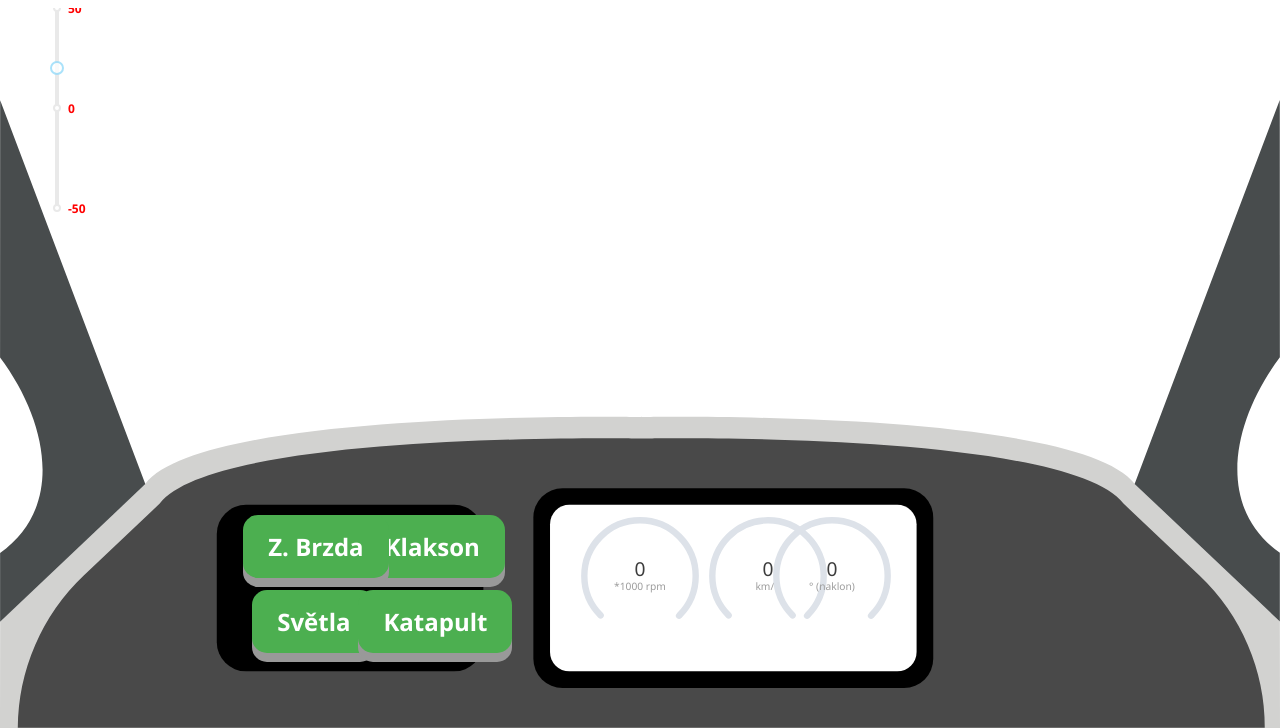
Repository: matyasvelc/train
Page: / (app in frontend/)
The author's editor kept a copy of each file at every save. The page is drawn from the files as they stood at one save, then again after the next save.
The browser window is 1280 px wide. The pictures show the whole page.
The page's requests for data from a server got no answer. The project was rebuilt for these pictures with package versions that can differ from the ones it lists, and the page was loaded fresh each time. No one was signed in, and anything a server would have sent is missing.

Above is the page before, as saved 2022-04-04 17:45:09.

After the next save:
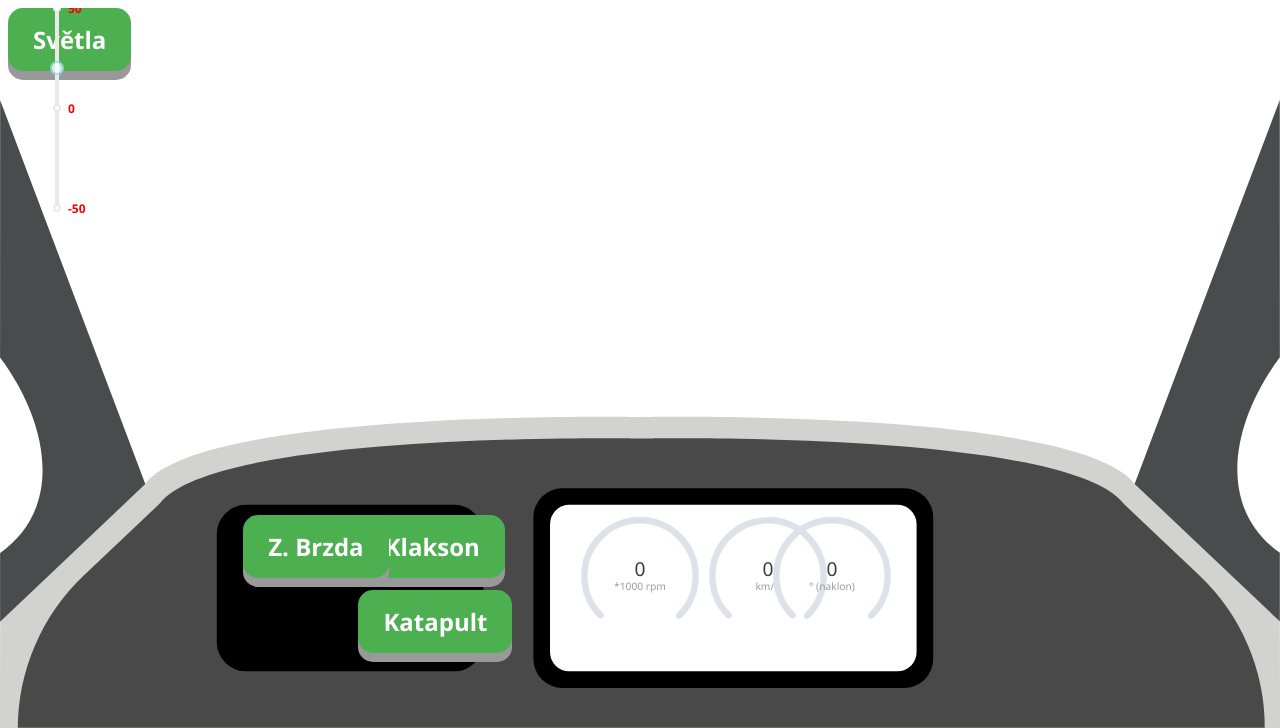
Saved 34 s later.
--- a/frontend/src/styles.css
+++ b/frontend/src/styles.css
@@ -49,8 +49,6 @@ body {
 
 .buttona{
   position: absolute;
-  top: 82%;
-  left: 19.7%;
   font-family: 'Segoe UI', Tahoma, Geneva, Verdana, sans-serif;
   display: inline-block;
   padding: 15px 25px;
